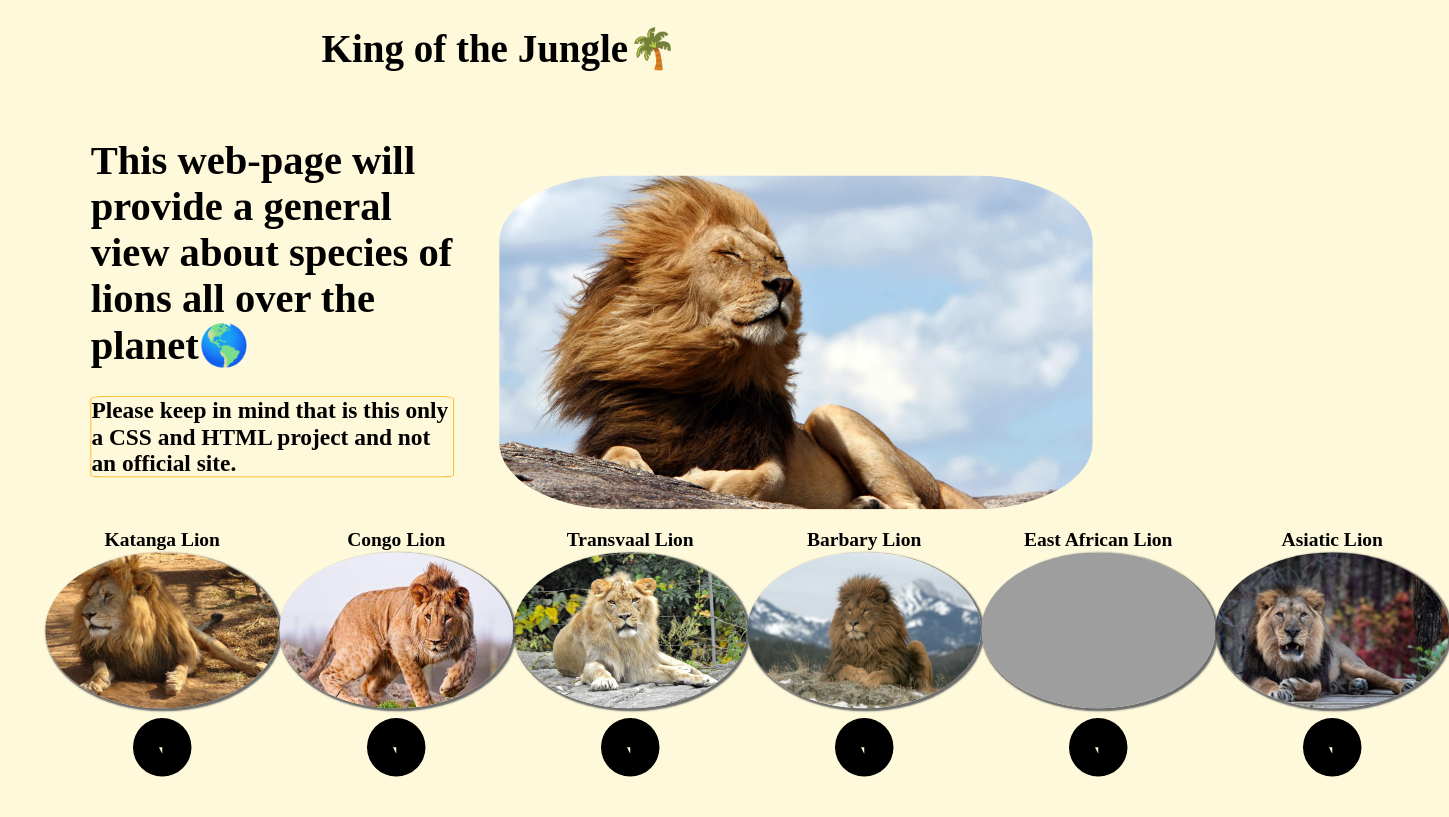
Repository: GeorgeManias/lions_project
Page: index.html
An editor plug-in stored every save of this project. The page is shown before and after the next save, followed by the edit.
The browser window is 1280 px wide. The page is 1858 px wide, so the pictures cover 1858 px, including what lies to the right of the window. The pictures show the whole page, at 78% of full size.
Pictures or frames that could not be fetched are drawn as grey boxes. Some web fonts or font styles are not loaded; a fallback is used.

Above is the page before, as saved 2021-11-04 21:02:20.

### index.html
<!DOCTYPE html>
<html lang="en">
  <head>
    <link rel="stylesheet" href="index.css" />
    <link
      href="https://fonts.googleapis.com/css2?family=Roboto:ital@1&display=swap"
      rel="stylesheet"
    />
    <link rel="preconnect" href="https://fonts.googleapis.com" />
    <link rel="preconnect" href="https://fonts.gstatic.com" crossorigin />
    <link
      href="https://fonts.googleapis.com/css2?family=Fruktur&family=Roboto:ital,wght@1,100;1,300&display=swap"
      rel="stylesheet"
    />
    <title>King of the Jungle</title>
  </head>
  <div class="container">
    <!--This will be the container fro the main_page-->

    <body>
      <header class="header_top">
        <h1>King of the Jungle🌴</h1>
      </header>
      <!--Class above will support the grid between header and main photo-->
      <div class="hero_section">
        <div class="headers_and_mainphoto">
          <header>
            <!--This area will be for the upper body part-->
            <h1 class="main_header">
              This web-page will provide a general view about species of lions
              all over the planet🌎
            </h1>
            <h2 class="project_header">
              Please keep in mind that is this only a CSS and HTML project and
              not an official site.
            </h2>
          </header>
          <img
            src="pictures/main_lion.jpg"
            alt="main_lion_photo"
            class="main_photo"
          />
        </div>

        <!--Multiple Pictures Grid Start----------------------------------------------------------------------------------------------->
        <div class="grid_with_6_pictures">
          <!--Katanga_Lion_Start-->
          <h3 id="katanga_title_cord" class="titles_6">Katanga Lion</h3>
          <img
            src="pictures/katanga_lion.jpg"
            alt="katanga_lion"
            id="katanga_img_cord"
            class="img_6"
          />
          <svg
            href="#"
            class="info_svg"
            xmlns="http://www.w3.org/2000/svg"
            width="100"
            height="100"
            viewBox="0 0 24 24"
          >
            <a href="https://www.google.co.uk/" target="_top" class="svg_link">
              <path
                stroke-linecap="round"
                stroke-linejoin="round"
                stroke-width="2"
                d="M13 16h-1v-4h-1m1-4h.01M21 12a9 9 0 11-18 0 9 9 0 0118 0z"
              />
            </a>
          </svg>
          <!--Katanga_Lion_End-->

          <!--Congo_Lion_Start-->
          <h3 id="congo_title_cord" class="titles_6">Congo Lion</h3>
          <img
            src="pictures/congo_lion.jpg"
            alt="congo_lion"
            id="congo_img_cord"
            class="img_6"
          />
          <svg
            class="info_svg"
            id="congo_info_cord"
            xmlns="http://www.w3.org/2000/svg"
            width="100"
            height="100"
            viewBox="0 0 24 24"
          >
            <a href="https://www.google.co.uk/" target="_top">
              <path
                stroke-linecap="round"
                stroke-linejoin="round"
                stroke-width="2"
                d="M13 16h-1v-4h-1m1-4h.01M21 12a9 9 0 11-18 0 9 9 0 0118 0z"
              />
            </a>
          </svg>
          <!--Congo_Lion_End-->

          <!--Transvaal_Lion_Start-->
          <h3 id="Transvaal_title_cord" class="titles_6">Transvaal Lion</h3>
          <img
            src="pictures/Transvaal_lion.jpg"
            alt="Transvaal_lion"
            id="Transvaal_img_cord"
            class="img_6"
          />
          <svg
            class="info_svg"
            id="Transvaal_info_cord"
            xmlns="http://www.w3.org/2000/svg"
            width="100"
            height="100"
            viewBox="0 0 24 24"
          >
            <a href="https://www.google.co.uk/" target="_top">
              <path
                stroke-linecap="round"
                stroke-linejoin="round"
                stroke-width="2"
                d="M13 16h-1v-4h-1m1-4h.01M21 12a9 9 0 11-18 0 9 9 0 0118 0z"
              />
            </a>
          </svg>
          <!--Transvaal_Lion_End-->

          <!--barbary_Lion_Start-->
          <h3 id="barbary_title_cord" class="titles_6">Barbary Lion</h3>
          <img
            src="pictures/barbary_lion.jpg"
            alt="barbary_lion"
            id="barbary_img_cord"
            class="img_6"
          />
          <svg
            class="info_svg"
            id="barbary_info_cord"
            xmlns="http://www.w3.org/2000/svg"
            width="100"
            height="100"
            viewBox="0 0 24 24"
          >
            <a href="https://www.google.co.uk/" target="_top">
              <path
                stroke-linecap="round"
                stroke-linejoin="round"
                stroke-width="2"
                d="M13 16h-1v-4h-1m1-4h.01M21 12a9 9 0 11-18 0 9 9 0 0118 0z"
              />
            </a>
          </svg>
          <!--barbary_Lion_End-->

          <!--east_african_Lion_Start-->
          <h3 id="east_african_title_cord" class="titles_6">
            East African Lion
          </h3>
          <img
            src="pictures/east_african.jpg"
            alt="east_african_lion"
            id="east_african_img_cord"
            class="img_6"
          />
          <svg
            class="info_svg"
            id="east_african_info_cord"
            xmlns="http://www.w3.org/2000/svg"
            width="100"
            height="100"
            viewBox="0 0 24 24"
          >
            <a href="https://www.google.co.uk/" target="_top">
              <path
                stroke-linecap="round"
                stroke-linejoin="round"
                stroke-width="2"
                d="M13 16h-1v-4h-1m1-4h.01M21 12a9 9 0 11-18 0 9 9 0 0118 0z"
              />
            </a>
          </svg>
          <!--east_african_Lion_End-->

          <!--asiatic_Lion_Start-->
          <h3 id="asiatic_title_cord" class="titles_6">Asiatic Lion</h3>
          <img
            src="pictures/asiatic_lion.jpg"
            alt="asiatic_lion"
            id="asiatic_img_cord"
            class="img_6"
          />
          <svg
            class="info_svg"
            id="asiatic_info_cord"
            xmlns="http://www.w3.org/2000/svg"
            width="100"
            height="100"
            viewBox="0 0 24 24"
          >
            <a href="https://www.google.co.uk/" target="_top">
              <path
                stroke-linecap="round"
                stroke-linejoin="round"
                stroke-width="2"
                d="M13 16h-1v-4h-1m1-4h.01M21 12a9 9 0 11-18 0 9 9 0 0118 0z"
              />
            </a>
          </svg>
          <!--Multiple Pictures Grid End----------------------------------------------------------------------------------------------->
        </div>
      </div>
    </body>
  </div>
</html>

<!--1
  Katanga lion
  Congo Lion
  Transvaal lion
  East African lion
  Asiatic lion
  West African lion

-->

### index.css
/*

--- 01 TYPOGRAPHY SYSTEM

- Font sizes (px)
10 / 12 / 14 / 16 / 18 / 20 / 24 / 30 / 36 / 44 / 52 / 62 / 74 / 86 / 98

- Font weights
Default: 400
Medium: 500
Semi-bold: 600
Bold: 700

- Line heights
Default: 1
Small: 1.05
Medium: 1.2
Paragraph default: 1.6

- Letter spacing
-0.5px
0.75px

--- 02 COLORS

- Primary: ##fab005
- Tints:
#fff9db
#644602

- Shades:


#f0ede6


- Accents:
- Greys

#888
#767676 (lightest grey allowed on #fff)
#6f6f6f (lightest grey allowed on #fdf2e9)
#555
#333

--- 05 SHADOWS

0 2.4rem 4.8rem rgba(0, 0, 0, 0.075);

--- 06 BORDER-RADIUS

Default: 9px
Medium: 11px

--- 07 WHITESPACE

- Spacing system (px)
2 / 4 / 8 / 12 / 16 / 24 / 32 / 48 / 64 / 80 / 96 / 128
*/

html {
  /*εδώ βάζω το 10 με σκοπο το αλλο να έχει ευκολο πολαπλασσιο του rem*/
  font-size: 10px;
  margin-left: 0%;
  margin-right: 0%;
}

body {
  background-color: #fff9db;
  margin-bottom: 3%;
}

.header_top {
  font-family: "Fruktur", cursive;
  text-align: center;
  font-size: 2.5rem;
}

.hero_section {
  padding-left: 5rem;
  padding-right: 5rem;
}

header {
  margin-left: 10%;
  margin-right: 10%;
}

.main_header {
  font-size: 5.2rem;
}

.project_header {
  font-size: 3rem;
  border: 0.1rem solid #fab005;
  border-radius: 3%;
}

.headers_and_mainphoto {
  /*Αυτο το πεδίο αναφέρεται στο grid*/
  display: grid;
  grid-template-columns: 50% 50%;
  align-items: center;
}

.grid_with_6_pictures {
  display: grid;
  grid-template-columns: 1fr 1fr 1fr 1fr 1fr 1fr;
  grid-template-rows: auto 1fr auto;
  justify-items: center;
  align-items: flex-end;
}

.main_photo {
  width: 761px;
  margin-top: 100px;
  border-radius: 20%;
}

.img_6 {
  width: 300px;
  height: 200px;
  border-radius: 50%;
  box-shadow: 2px 2px 2px 2px rgb(109, 109, 109);
}

.titles_6 {
  font-size: 2.5rem;
  margin-bottom: 0.8%;
}

/*
.info_svg {
  width: 20%;
  stroke: #fff9db;
  border-radius: 0;
  padding-top: 0%;
} */

.svg_link.info_svg:link {
  width: 20%;
  stroke: #fff9db;
  border-radius: 0;
  padding-top: 0%;
}
/*//////////////////////////////////////////////////////////////////////////////////////////////////////////////////////////////////////////////////////////////////*/
/*Katanga Lion Cord Start*/
#katanga_title_cord {
  grid-column: 1/2;
  grid-row: 1/2;
}
#katanga_img_cord {
  grid-column: 1/2;
  grid-row: 2/3;
}

#katanga_info_cord {
  grid-column: 1/2;
  grid-row: 3/4;
}
/*Katanga Lion Cord End*/

/*Congo Lion Cord Start*/
#congo_title_cord {
  grid-column: 2/3;
  grid-row: 1/2;
}
#congo_img_cord {
  grid-column: 2/3;
  grid-row: 2/3;
}

#congo_info_cord {
  grid-column: 2/3;
  grid-row: 3/4;
}
/*Congo Lion Cord End*/

/*Transvaal Lion Cord Start*/
#Transvaal_title_cord {
  grid-column: 3/4;
  grid-row: 1/2;
}
#Transvaal_img_cord {
  grid-column: 3/4;
  grid-row: 2/3;
}

#Transvaal_info_cord {
  grid-column: 3/4;
  grid-row: 3/4;
}
/*Transvaal Lion Cord End*/

/*Congo Lion Cord End*/

/*barbary Lion Cord Start*/
#barbary_title_cord {
  grid-column: 4/5;
  grid-row: 1/2;
}
#barbary_img_cord {
  grid-column: 4/5;
  grid-row: 2/3;
}

#barbary_info_cord {
  grid-column: 4/5;
  grid-row: 3/4;
}
/*barbary Lion Cord End*/

/*east_african Lion Cord Start*/
#east_african_title_cord {
  grid-column: 5/6;
  grid-row: 1/2;
}
#east_african_img_cord {
  grid-column: 5/6;
  grid-row: 2/3;
}

#east_african_info_cord {
  grid-column: 5/6;
  grid-row: 3/4;
}
/*east_african Lion Cord End*/

/*asiatic Lion Cord Start*/
#asiatic_title_cord {
  grid-column: 6/7;
  grid-row: 1/2;
}
#asiatic_img_cord {
  grid-column: 6/7;
  grid-row: 2/3;
}

#asiatic_info_cord {
  grid-column: 6/7;
  grid-row: 3/4;
}
/*asiatic Lion Cord End*/
/*//////////////////////////////////////////////////////////////////////////////////////////////////////////////////////////////////////////////////////////////////*/

After the next save:
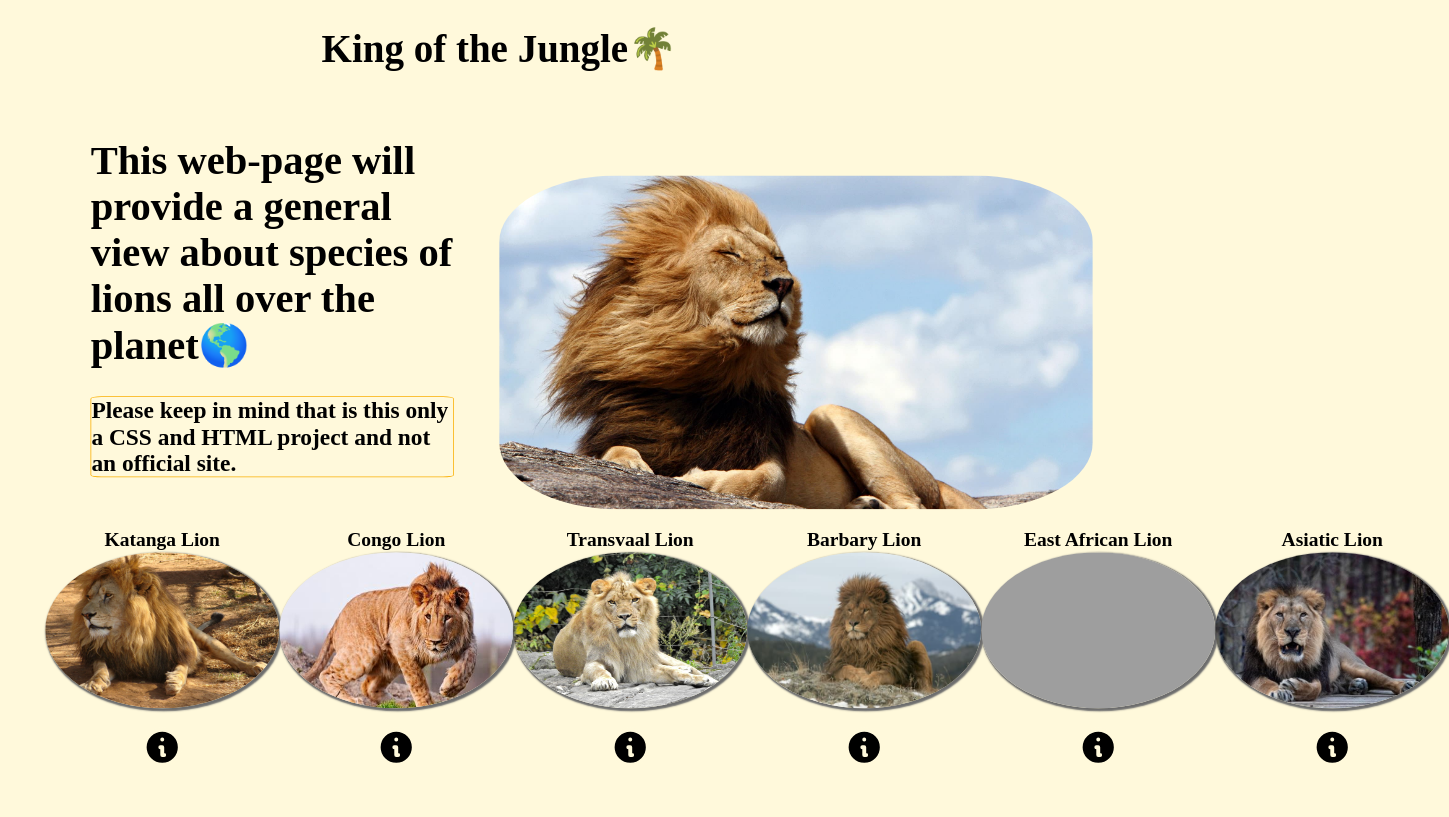
Saved 43 s later.
--- a/index.css
+++ b/index.css
@@ -129,19 +129,14 @@ header {
   margin-bottom: 0.8%;
 }
 
-/*
 .info_svg {
   width: 20%;
   stroke: #fff9db;
   border-radius: 0;
   padding-top: 0%;
-} */
-
-.svg_link.info_svg:link {
-  width: 20%;
-  stroke: #fff9db;
-  border-radius: 0;
-  padding-top: 0%;
+}
+
+.svg_link:link {
 }
 /*//////////////////////////////////////////////////////////////////////////////////////////////////////////////////////////////////////////////////////////////////*/
 /*Katanga Lion Cord Start*/
